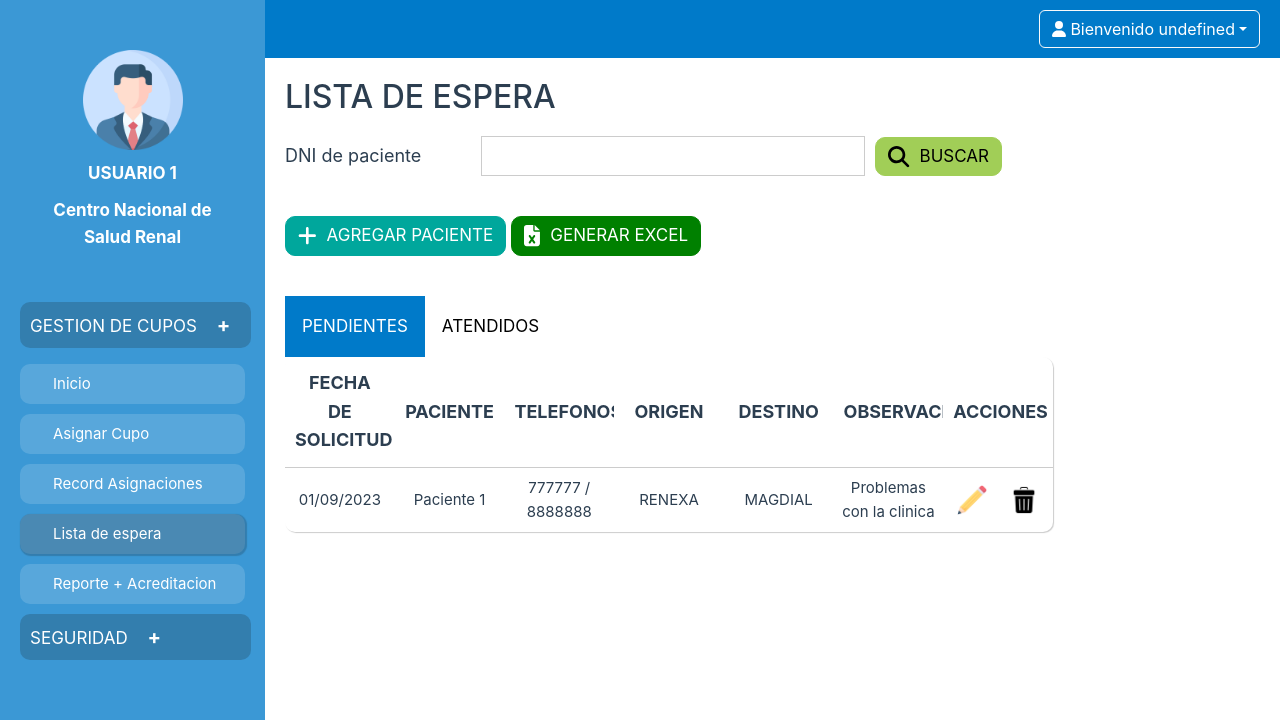
Repository: cynthiacevallos/organizadorhisar
Page: /gestion/cupos/listaespera
The author's editor kept a copy of each file at every save. The page is drawn from the files as they stood at one save, then again after the next save.
The browser window is 1280 px wide. The pictures show the whole page.
Some web libraries are served in a nearby version. The project was rebuilt for these pictures with package versions that can differ from the ones it lists, and the page was loaded fresh each time. Also part of the build but not shown: vite.config.js, vue.config.js.

Above is the page before, as saved 2023-09-06 09:35:53.

After the next save:
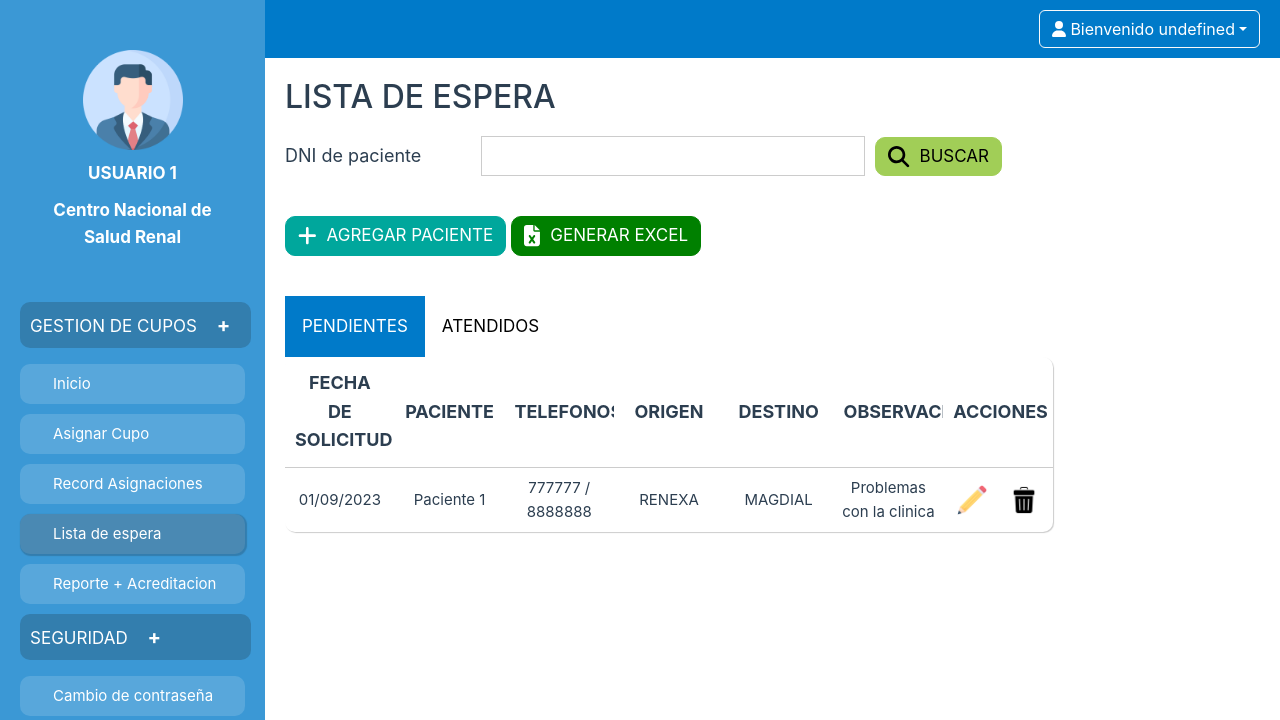
Saved 4 s later.
--- a/src/views/GestionCupos/ListaEsperaH.vue
+++ b/src/views/GestionCupos/ListaEsperaH.vue
@@ -278,7 +278,7 @@ import ModalMsg from '../../components/hisar_comp/ModalMsg.vue'
 
 const arreglo = reactive([
     {main: 'Gestion de cupos',sec:[{name:'Inicio',link:'/'},{name:'Asignar Cupo',link:'/gestion/cupos/add'},{name:'Record Asignaciones',link:'/gestion/cupos/asignaciones'},{name:'Lista de espera',link:'/gestion/cupos/listaespera'},{name:'Reporte + Acreditacion',link:'/gestion/cupos/reportes'}], done:true},
-    {main: 'Seguridad',sec:[{name:'Cambio de contraseña',link:'/seguridad'}],done:false}
+    {main: 'Seguridad',sec:[{name:'Cambio de contraseña',link:'/seguridad'}],done:true}
 ])
 
 const user = "USUARIO 1"
